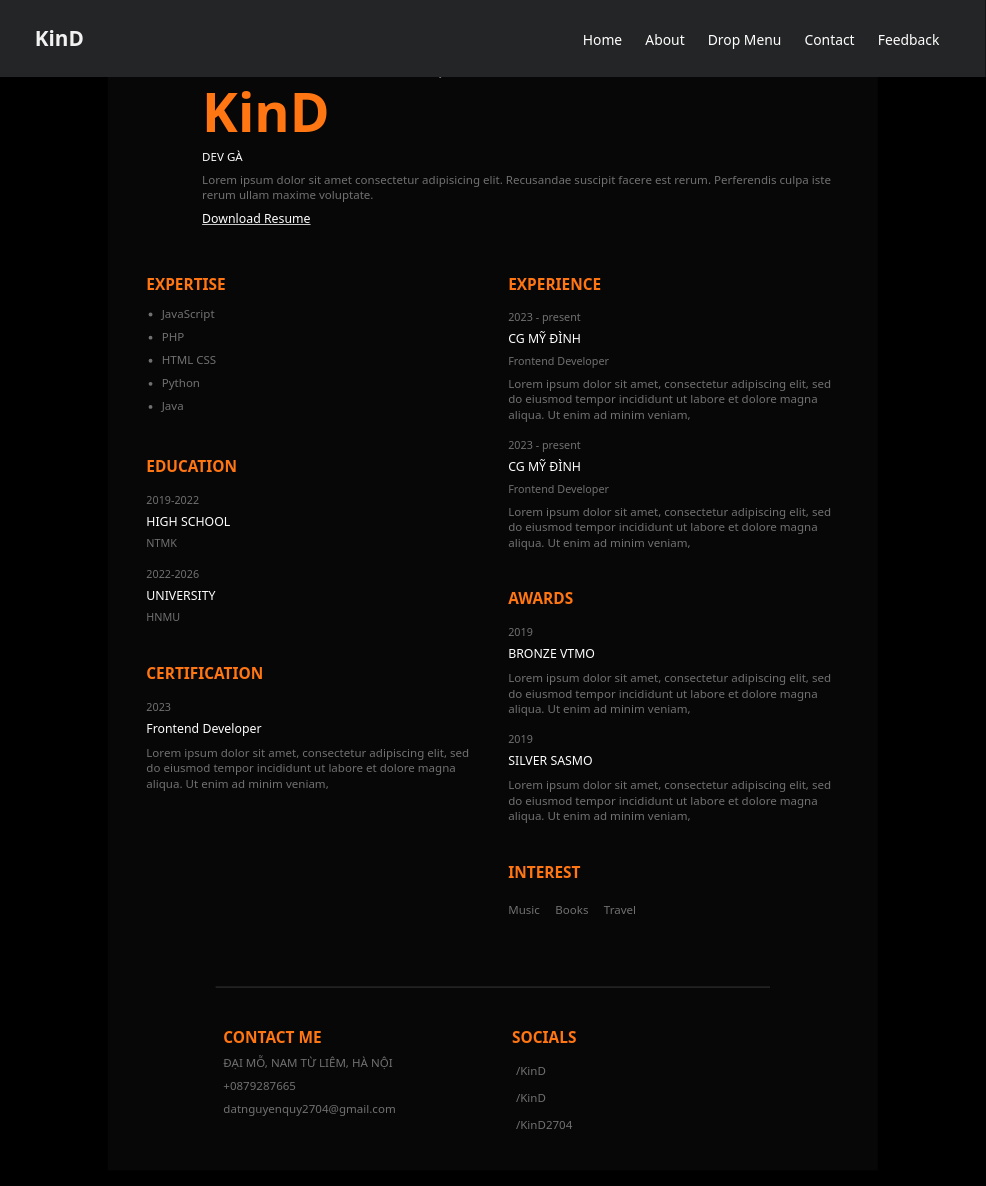
Repository: KinD2704/Web-University
Page: buổi 5/profile.html
These files come from the project's save history. The page is drawn as it stood at one moment and after the next save; the edit follows.
The browser window is 1280 px wide. The pictures show the whole page, at 77% of full size.

Above is the page before, as saved 2023-12-30 00:10:14.
Not found: buổi 5/images/IU.jfif

### buổi 5/profile.html
<!DOCTYPE html>
<html lang="en">
    <head>
        <meta charset="UTF-8" />
        <meta name="viewport" content="width=device-width, initial-scale=1.0" />
        <title>Document</title>
        <link rel="stylesheet" href="styles.css" />
    </head>

    <body>
        <nav>
            <div class="wrapper">
                <div class="logo"><a href="#">KinD</a></div>
                <!-- MENU ben phai -->
                <ul class="nav-links">
                    <li>
                        <a href="#">Home</a>
                    </li>
                    <li><a href="#">About</a></li>
                    <li>
                        <a href="#">Drop Menu</a>
                        <ul class="drop-menu">
                            <li><a href="#">Drop menu 1</a></li>
                            <li><a href="#">Drop menu 2</a></li>
                            <li><a href="#">Drop menu 3</a></li>
                            <li><a href="#">Drop menu 4</a></li>
                        </ul>
                    </li>
                    <li><a href="#">Contact</a></li>
                    <li><a href="#">Feedback</a></li>
                </ul>
            </div>
        </nav>
        <section class="profile">
            <div class="container">
                <div class="profile">
                    <div class="profile_container">
                        <div class="profile_profileImg">
                            <img src="./images/IU.jfif" alt="shaif arfan" />
                        </div>
                        <div>
                            <h1 class="profile_name">
                                <span class="profile_name_firstName"
                                    >Nguyễn Quý Đạt</span
                                >
                                <span class="profile_name_lastName">KinD</span>
                            </h1>
                            <p class="profile_title">DEV GÀ</p>
                            <p class="description profile_description">
                                Lorem ipsum dolor sit amet consectetur
                                adipisicing elit. Recusandae suscipit facere est
                                rerum. Perferendis culpa iste rerum ullam maxime
                                voluptate.
                            </p>
                            <a class="downloadBtn" href="#">Download Resume</a>
                        </div>
                    </div>
                </div>
                <div class="group-1">
                    <div class="skills">
                        <h3 class="title">Expertise</h3>
                        <ul class="skills_list description">
                            <li>JavaScript</li>
                            <li>PHP</li>
                            <li>HTML CSS</li>
                            <li>Python</li>
                            <li>Java</li>
                        </ul>
                    </div>

                    <div class="edu">
                        <h3 class="title">Education</h3>
                        <div class="edu_item">
                            <p class="item_preTitle">2019-2022</p>
                            <h4 class="item_title">HIGH SCHOOL</h4>
                            <p class="item_subtitle">NTMK</p>
                        </div>
                        <div class="edu_item">
                            <p class="item_preTitle">2022-2026</p>
                            <h4 class="item_title">UNIVERSITY</h4>
                            <p class="item_subtitle">HNMU</p>
                        </div>
                    </div>

                    <div class="certification">
                        <h3 class="title">certification</h3>
                        <div class="certification_item">
                            <p class="item_preTitle">2023</p>
                            <h4 class="item_title">Frontend Developer</h4>
                            <p class="description">
                                Lorem ipsum dolor sit amet, consectetur
                                adipiscing elit, sed do eiusmod tempor
                                incididunt ut labore et dolore magna aliqua. Ut
                                enim ad minim veniam,
                            </p>
                        </div>
                    </div>
                </div>
                <div class="group-2">
                    <div class="exp">
                        <h3 class="title">Experience</h3>
                        <div class="exp_item">
                            <p class="item_preTitle">2023 - present</p>
                            <h4 class="item_title">CG MỸ ĐÌNH</h4>
                            <p class="item_subtitle">Frontend Developer</p>
                            <p class="description">
                                Lorem ipsum dolor sit amet, consectetur
                                adipiscing elit, sed do eiusmod tempor
                                incididunt ut labore et dolore magna aliqua. Ut
                                enim ad minim veniam,
                            </p>
                        </div>
                        <div class="exp_item">
                            <p class="item_preTitle">2023 - present</p>
                            <h4 class="item_title">CG MỸ ĐÌNH</h4>
                            <p class="item_subtitle">Frontend Developer</p>
                            <p class="description">
                                Lorem ipsum dolor sit amet, consectetur
                                adipiscing elit, sed do eiusmod tempor
                                incididunt ut labore et dolore magna aliqua. Ut
                                enim ad minim veniam,
                            </p>
                        </div>
                    </div>
                    <div class="awards">
                        <h3 class="title">Awards</h3>
                        <div class="awards_item">
                            <p class="item_preTitle">2019</p>
                            <h4 class="item_title">BRONZE VTMO</h4>
                            <p class="description">
                                Lorem ipsum dolor sit amet, consectetur
                                adipiscing elit, sed do eiusmod tempor
                                incididunt ut labore et dolore magna aliqua. Ut
                                enim ad minim veniam,
                            </p>
                        </div>
                        <div class="awards_item">
                            <p class="item_preTitle">2019</p>
                            <h4 class="item_title">SILVER SASMO</h4>
                            <p class="description">
                                Lorem ipsum dolor sit amet, consectetur
                                adipiscing elit, sed do eiusmod tempor
                                incididunt ut labore et dolore magna aliqua. Ut
                                enim ad minim veniam,
                            </p>
                        </div>
                    </div>

                    <div class="interest">
                        <h3 class="title">Interest</h3>
                        <div class="interest_items">
                            <div class="interest_item">
                                <i data-feather="music"></i>
                                <span>Music</span>
                            </div>
                            <div class="interest_item">
                                <i data-feather="book"></i>
                                <span>Books</span>
                            </div>
                            <div class="interest_item">
                                <i data-feather="map"></i>
                                <span>Travel</span>
                            </div>
                        </div>
                    </div>
                </div>
                <hr />
                <div class="group-3">
                    <div class="contact">
                        <h3 class="title">Contact me</h3>
                        <div class="contact_info">
                            <p class="description">
                                ĐẠI MỖ, NAM TỪ LIÊM, HÀ NỘI
                            </p>
                            <p class="description">+0879287665</p>
                            <p class="description">
                                datnguyenquy2704@gmail.com
                            </p>
                        </div>
                    </div>
                    <div class="social">
                        <h3 class="title">Socials</h3>
                        <div class="social_items">
                            <a href="#" target="_b" class="social_item">
                                <i data-feather="github"></i>
                                <span>/KinD</span>
                            </a>
                            <a href="#" target="_blank" class="social_item">
                                <i data-feather="twitter"></i>
                                <span>/KinD</span>
                            </a>
                            <a href="#" target="_blank" class="social_item">
                                <i data-feather="linkedin"></i>
                                <span>/KinD2704</span>
                            </a>
                        </div>
                    </div>
                </div>
            </div>
        </section>
    </body>
</html>

### buổi 5/styles.css
@import url("https://fonts.googleapis.com/css2?family=Inter:wght@200;300;400;500;600;700&display=swap");
* {
    margin: 0;
    padding: 0;
    box-sizing: border-box;
    font-family: system-ui, -apple-system, BlinkMacSystemFont, "Segoe UI",
        Roboto, Oxygen, Ubuntu, Cantarell, "Open Sans", "Helvetica Neue",
        sans-serif;
}
nav {
    background-color: #242526;
    position: fixed;
    z-index: 999;
    width: 100%;
    height: 100px;
    line-height: 100px;
}
nav .wrapper {
    max-width: 1250px;
    padding: 0 30px;
    margin: auto;
    display: flex;
    justify-content: space-between;
    align-items: center;
}
.wrapper .logo a {
    color: #f2f2f2;
    text-decoration: none;
    font-size: 27px;
    font-weight: 700;
}
.wrapper .nav-links {
    display: inline-flex;
}
.nav-links li {
    list-style-type: none;
}
.nav-links li a {
    color: white;
    text-decoration: none;
    font-size: 18px;
    font-weight: 500;
    padding: 9px 15px;
    border-radius: 5px;
    transition: 0.5s ease-in-out;
}
.nav-links li a:hover {
    background-color: #3a3b3c;
}
.nav-links .drop-menu {
    position: absolute;
    background-color: #242526;
    width: 180px;
    top: 85px;
    line-height: 45px;
    opacity: 0;
    visibility: hidden;
}
.drop-menu li a {
    width: 100%;
    display: block;
    padding: 0 0 0 15px;
    font-weight: 400;
    border-radius: 0px;
}
.nav-links li:hover .drop-menu {
    top: 65px;
    opacity: 1;
    visibility: visible;
    transition: 0.5s;
}

/* ROOT */

:root {
    --primary-color: #ff7613;
    --text-color: #727171;
}
html {
    font-size: 10px;
}
body {
    font-family: Inter, sans-serif;
    background-color: black;
    color: white;
}

/* common styles */
img {
    width: 100%;
}
a {
    text-decoration: none;
    color: white;
}
.description {
    margin-top: 1rem;
    font-size: 1.5rem;
    font-weight: 400;
    color: var(--text-color);
}
.title {
    color: var(--primary-color);
    font-weight: 700;
    font-size: 2rem;
    text-transform: uppercase;
}
.item_preTitle {
    font-size: 1.4rem;
    color: var(--text-color);
    font-weight: 300;
}
.item_title {
    font-size: 1.6rem;
    color: white;
    font-weight: 500;
    margin: 0.8rem 0;
}
.item_subtitle {
    font-size: 1.4rem;
    color: var(--text-color);
    font-weight: 400;
}

/* layouts */
.container {
    max-width: 1000px;
    width: 90%;
    margin: 0 auto;
    display: grid;
    padding: 5rem;
    background: #070707;
    grid-template-columns: 1fr 1fr;
    gap: 4rem;
}
@media only screen and (max-width: 768px) {
    .container {
        width: 100%;
        grid-template-columns: 1fr;
        padding: 3rem;
        gap: 7rem;
    }
}
.profile {
    grid-column: 1 / -1;
    margin-bottom: 2rem;
}
.group-1,
.group-2 {
    display: flex;
    flex-direction: column;
    gap: 5rem;
}
.group-3 {
    max-width: 700px;
    width: 100%;
    margin: 0 auto;
    grid-column: 1/-1;
    display: flex;
    flex-direction: row;
    gap: 5rem;
}
.group-3 > div {
    flex: 1;
}
@media only screen and (max-width: 768px) {
    .profile {
        margin-bottom: 0;
    }
    .group-3 {
        flex-direction: column;
    }
}

/* profile */
.profile_container {
    display: flex;
    gap: 2rem;
}
.profile_profileImg {
    max-width: 250px;
}
.profile_name_firstName {
    color: white;
    font-weight: 200;
    font-size: clamp(2rem, 8vw, 4rem);
    text-transform: uppercase;
    display: block;
    margin-bottom: -0.8rem;
}
.profile_name_lastName {
    color: var(--primary-color);
    font-weight: 700;
    font-size: clamp(2.5rem, 15vw, 7rem);
    /* text-transform: uppercase; */
    display: block;
}
.profile_title {
    font-size: 1.5rem;
    font-weight: 400;
    text-transform: uppercase;
}
.downloadBtn {
    display: block;
    text-decoration: underline;
    font-size: 1.6rem;
    margin-top: 1rem;
}
.downloadBtn:hover {
    color: var(--primary-color);
}
@media only screen and (max-width: 768px) {
    .profile_container {
        flex-direction: column;
    }
}

/* Expertise */
.skills_list {
    margin-top: 1rem;
    margin-left: 2rem;
    line-height: 2;
}
/* eduction */
.edu_item {
    margin-top: 2rem;
}

/* certification */
.certification_item {
    margin-top: 2rem;
}
/* exp */
.exp_item {
    margin-top: 2rem;
}

/* awards */
.awards_item {
    margin-top: 2rem;
}
/* Interests */
.interest_items {
    margin-top: 2rem;
    display: flex;
    align-items: center;
    flex-wrap: wrap;
    gap: 2rem;
}
.interest_item {
    font-size: 1.5rem;
    display: flex;
    flex-direction: column;
    align-items: center;
    justify-content: center;
    gap: 0.5rem;
    color: var(--text-color);
}
.interest_item svg {
    width: 2rem;
}

/* socials */
.social_items {
    margin-top: 2rem;
}
.social_item {
    margin-top: 1.5rem;
    font-size: 1.5rem;
    display: flex;
    gap: 0.5rem;
    align-items: center;
    justify-content: flex-start;
    color: var(--text-color);
}
.social_item:hover {
    color: var(--primary-color);
}
.social_item svg {
    width: 2rem;
}

hr {
    grid-column: 1/-1;
    width: 80%;
    margin: 0 auto;
    margin-top: 5rem;
    margin-bottom: 1rem;
    border: none;
    border-top: 2px solid rgba(128, 128, 128, 0.229);
}
@media only screen and (max-width: 768px) {
    hr {
        margin: 0 auto;
    }
}

After the next save:
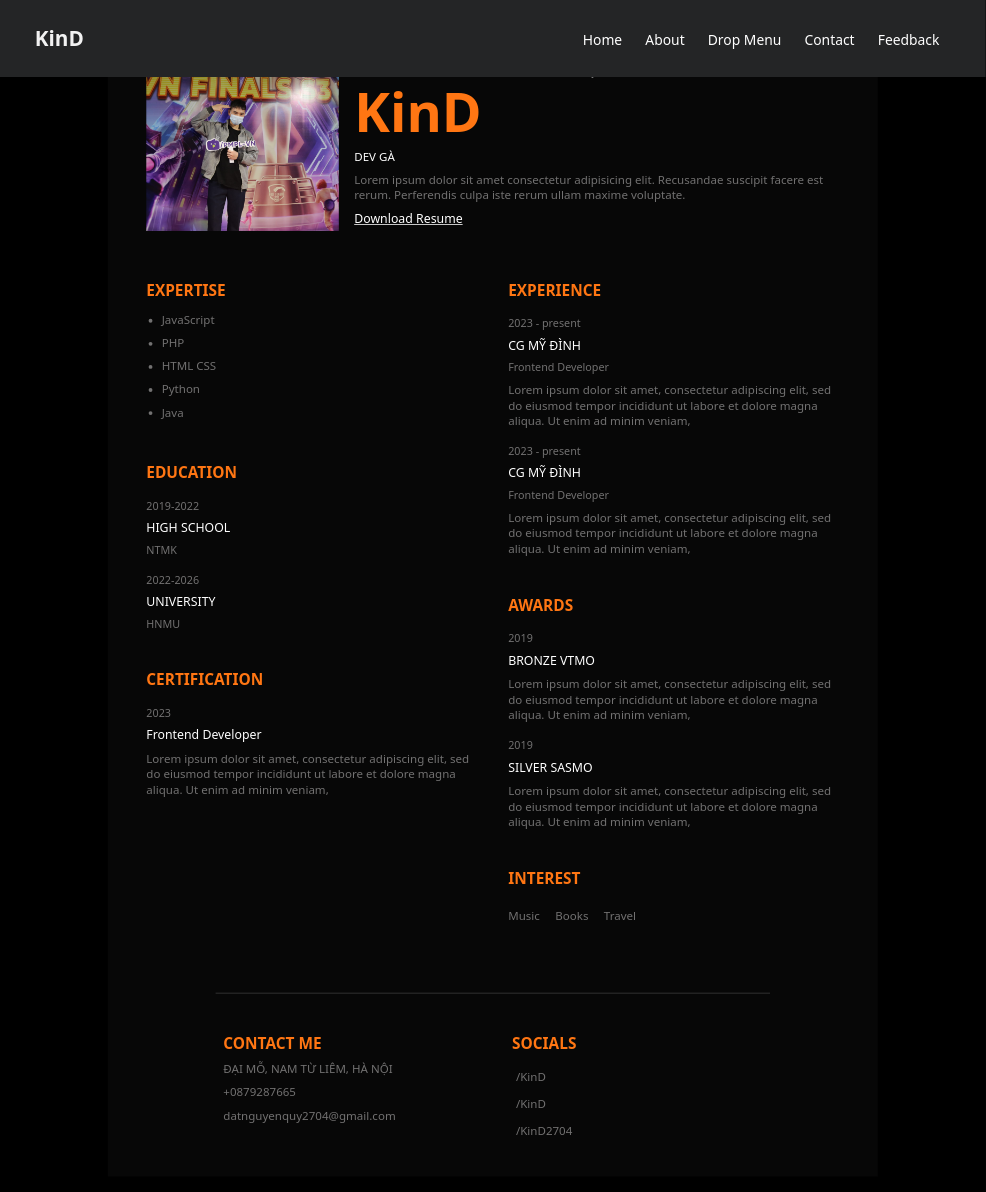
Saved 67 s later.
--- a/buổi 5/profile.html
+++ b/buổi 5/profile.html
@@ -36,7 +36,7 @@
                 <div class="profile">
                     <div class="profile_container">
                         <div class="profile_profileImg">
-                            <img src="./images/IU.jfif" alt="shaif arfan" />
+                            <img src="in4.jpg" alt="shaif arfan" />
                         </div>
                         <div>
                             <h1 class="profile_name">
